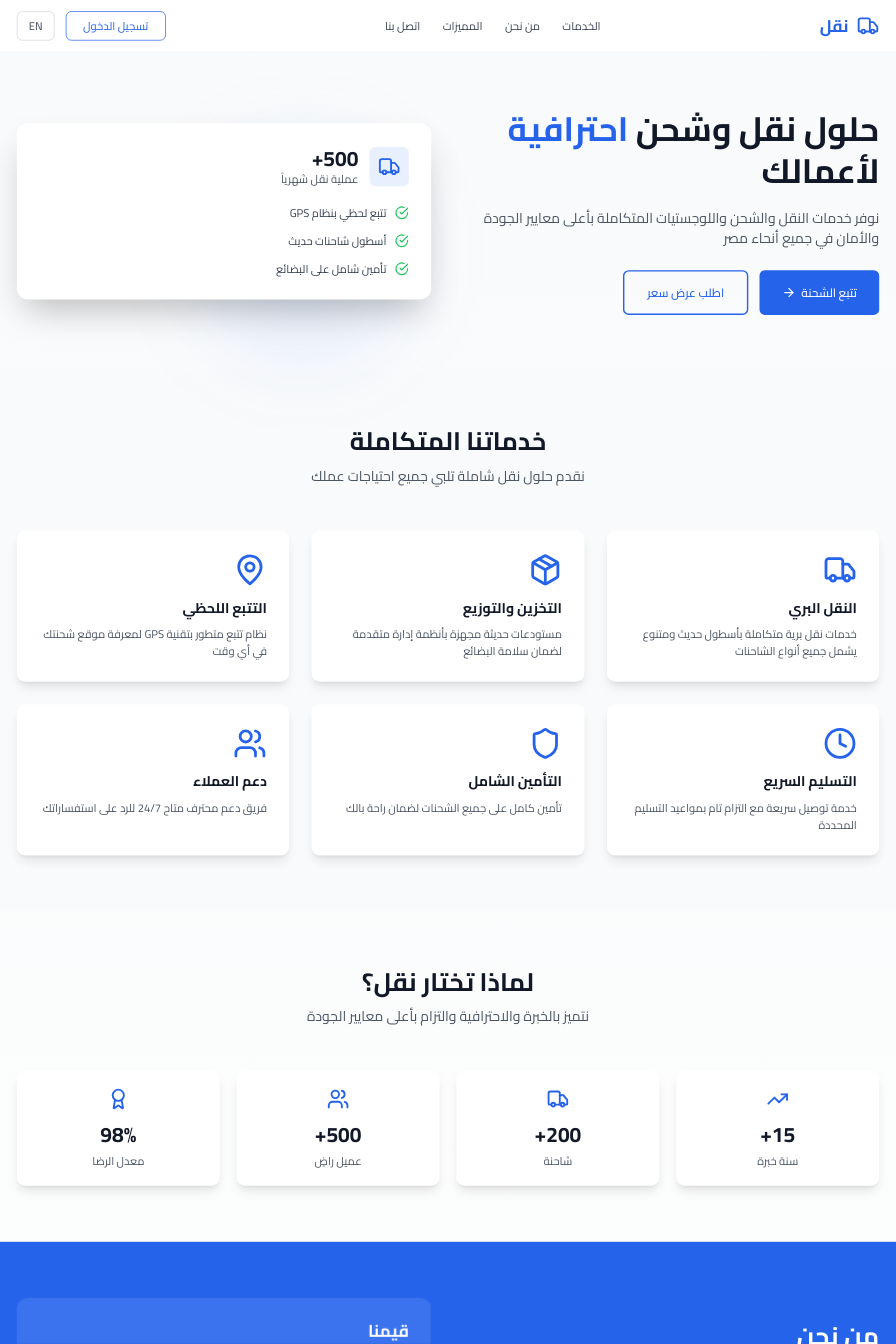
Repository: Jetixia-Updates/nakl-logistics
Page: / (app in apps/frontend/)
These files come from the project's save history. The page is drawn as it stood at one moment and after the next save; the edit follows.
The browser window is 1280 px wide. The pictures show the part of the page from y = 0 to 1920 px (the page is 3643 px tall), at 70% of full size.
The project was rebuilt for these pictures with package versions that can differ from the ones it lists, and the page was loaded fresh each time. The framework's server and built-in components were replaced by stand-ins that run in the browser. Also part of the build but not shown: apps/frontend/next.config.js.

Above is the page before, as saved 2025-11-08 22:42:00.

After the next save:
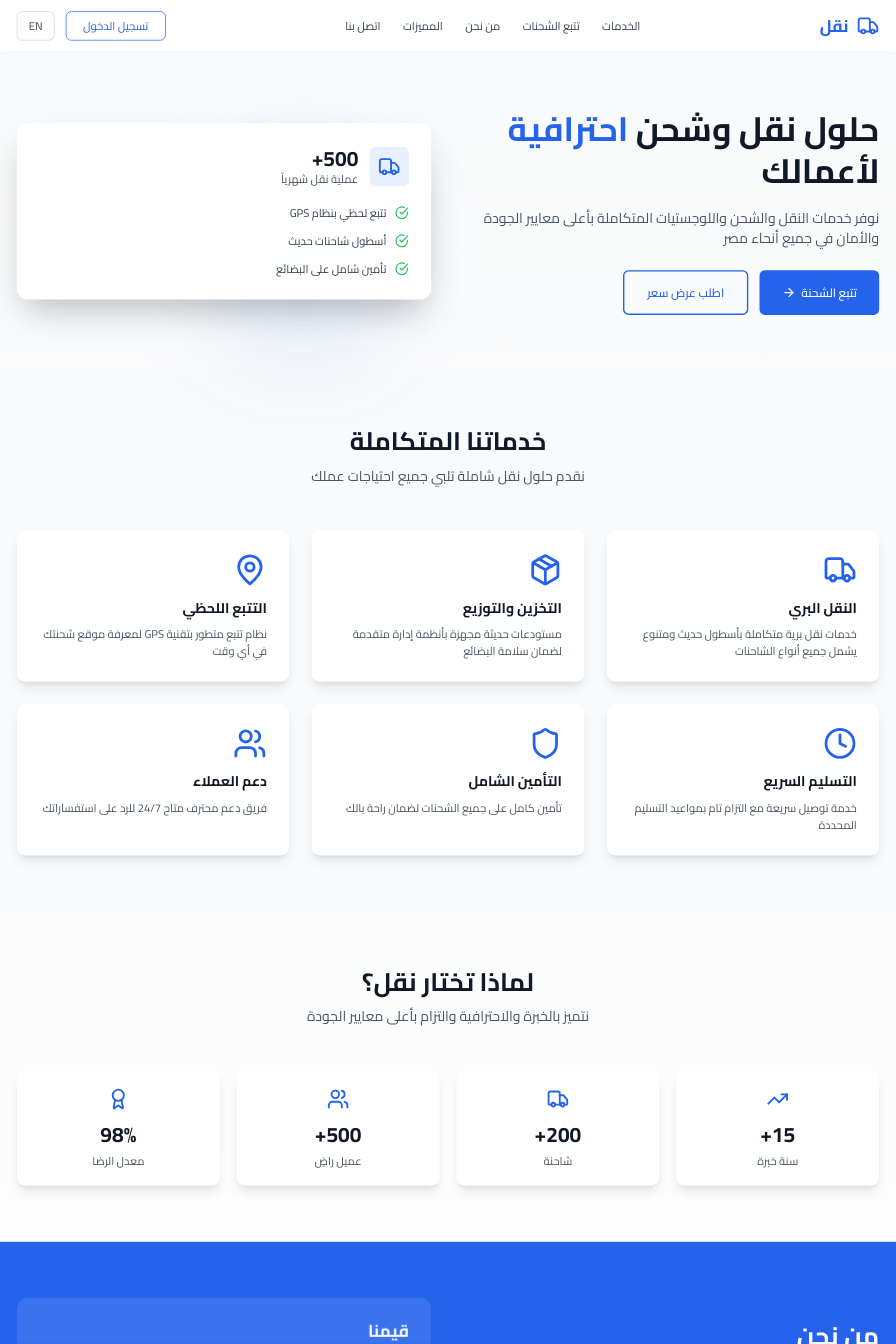
Saved 18 s later.
--- a/apps/frontend/src/components/Header.tsx
+++ b/apps/frontend/src/components/Header.tsx
@@ -26,6 +26,9 @@ export default function Header() {
             <a href="#services" className="text-gray-700 hover:text-primary transition">
               {t('nav.services')}
             </a>
+            <Link href="/track" className="text-gray-700 hover:text-primary transition">
+              {language === 'ar' ? 'تتبع الشحنات' : 'Track Shipment'}
+            </Link>
             <a href="#about" className="text-gray-700 hover:text-primary transition">
               {t('nav.about')}
             </a>
